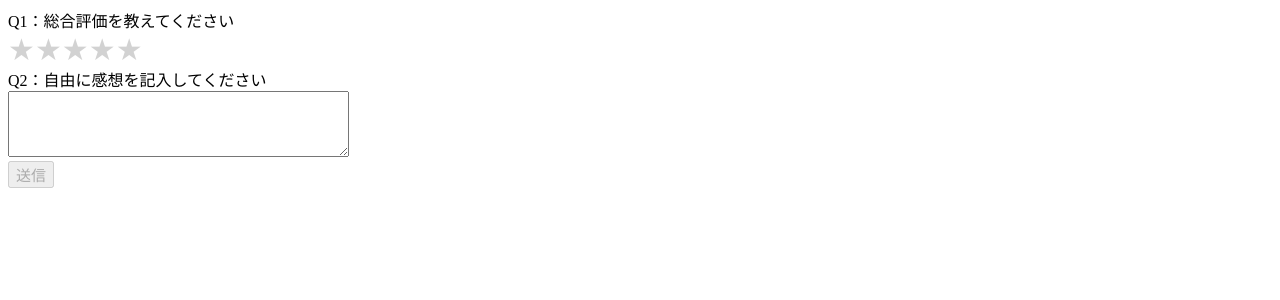
Repository: mikumiura/intern-chatbot
Page: templates/first-page.html
These files come from the project's save history. The page is drawn as it stood at one moment and after the next save; the edit follows.
The browser window is 1280 px wide. The pictures show the whole page.

Above is the page before, as saved 2022-08-24 02:36:31.

### templates/first-page.html
<!DOCTYPE html>
<html>

<head>
    <meta charset="utf-8">
    <meta name="viewport" content="width=device-width, initial-scale=1.0">
    <title>検索bot評価ページ</title>

    <link rel="stylesheet" href="static/style.css" type="text/css">
</head>

<!--  style="text-align:center" -->

<body>
    <script src="https://unpkg.com/vue@next"></script>
    <script src="https://unpkg.com/axios/dist/axios.min.js"></script>

    <div id = "app">
        <div>
            <div>Q1：総合評価を教えてください</div>
            <div>
                <div v-bind:class="{'star-gold':stars[0], 'star-gray':!stars[0]}" v-on:click="star(1)" class="pointer size-30">★</div>
                <div v-bind:class="{'star-gold':stars[1], 'star-gray':!stars[1]}" v-on:click="star(2)" class="pointer size-30">★</div>
                <div v-bind:class="{'star-gold':stars[2], 'star-gray':!stars[2]}" v-on:click="star(3)" class="pointer size-30">★</div>
                <div v-bind:class="{'star-gold':stars[3], 'star-gray':!stars[3]}" v-on:click="star(4)" class="pointer size-30">★</div>
                <div v-bind:class="{'star-gold':stars[4], 'star-gray':!stars[4]}" v-on:click="star(5)" class="pointer size-30">★</div>
            </div>
        </div>

        <div>
            <div>Q2：自由に感想を記入してください</div>
            <div>
                <textarea v-model="comment" cols="40" rows="4"></textarea> <!-- v-on:hogehoge（入力に関する処理の感知）でisActive()をtrueに -->
            </div>
        </div>

        <div>
            <input v-bind:disabled="comment==''" v-on:click="submit()" type="submit" value="送信" class="pointer size-15">
        </div>
    </div>

</body>
</html>

<script>
    let stars = [false, false, false, false, false];

    const Star = {
        data() {
            return {
                stars,
                rate: 0,
                comment: ""
            }
        },
        methods: {
            star: function(num) {
                this.rate = num
                // 1~num番目までをtrueに置き換える処理
                for (let i=0; i<num; i++) {
                    this.stars.splice(i, 1, true)
                }
                // num+1~5番目までをfalseに置き換える処理
                for (let i=num; i<5; i++) {
                    this.stars.splice(i, 1, false)
                }
            },
            submit: function() {
                alert("送信完了")

                axios.post('/test1', {
                    rate: this.rate,
                    comment: this.comment
                })
                .then(function(response) {
                    console.log(response)
                })
                .catch(function(error) {
                    console.log(error)
                })

                window.open('/test2', null)
            }
        }
    }
    Vue.createApp(Star).mount("#app")
</script>

### static/style.css
div div div div {
    display: inline-block;
}

.star-gold {
    color: #ffd700;
}

.star-orange {
    color: #ffa500;
}

.star-gray {
    color: #d2d2d2;
}

.pointer {
    cursor: pointer;
}

.size-15 {
    font-size: 15px;
}

.size-30 {
    font-size: 30px;
}

After the next save:
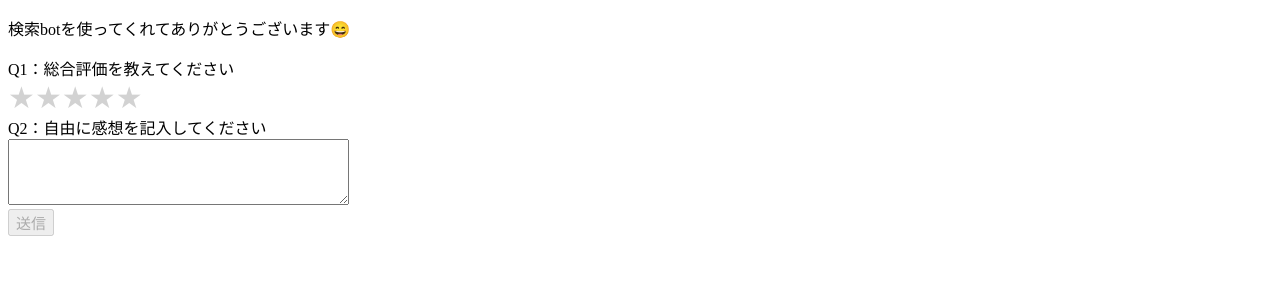
Saved 74 s later.
--- a/templates/first-page.html
+++ b/templates/first-page.html
@@ -17,6 +17,7 @@
 
     <div id = "app">
         <div>
+            <p>検索botを使ってくれてありがとうございます😄</p>
             <div>Q1：総合評価を教えてください</div>
             <div>
                 <div v-bind:class="{'star-gold':stars[0], 'star-gray':!stars[0]}" v-on:click="star(1)" class="pointer size-30">★</div>

After the save that followed:
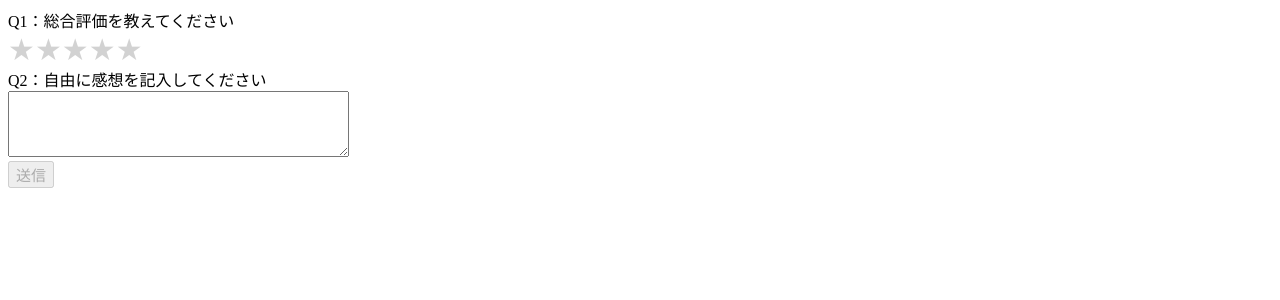
Saved 3 min 22 s later.
--- a/templates/first-page.html
+++ b/templates/first-page.html
@@ -17,7 +17,6 @@
 
     <div id = "app">
         <div>
-            <p>検索botを使ってくれてありがとうございます😄</p>
             <div>Q1：総合評価を教えてください</div>
             <div>
                 <div v-bind:class="{'star-gold':stars[0], 'star-gray':!stars[0]}" v-on:click="star(1)" class="pointer size-30">★</div>
